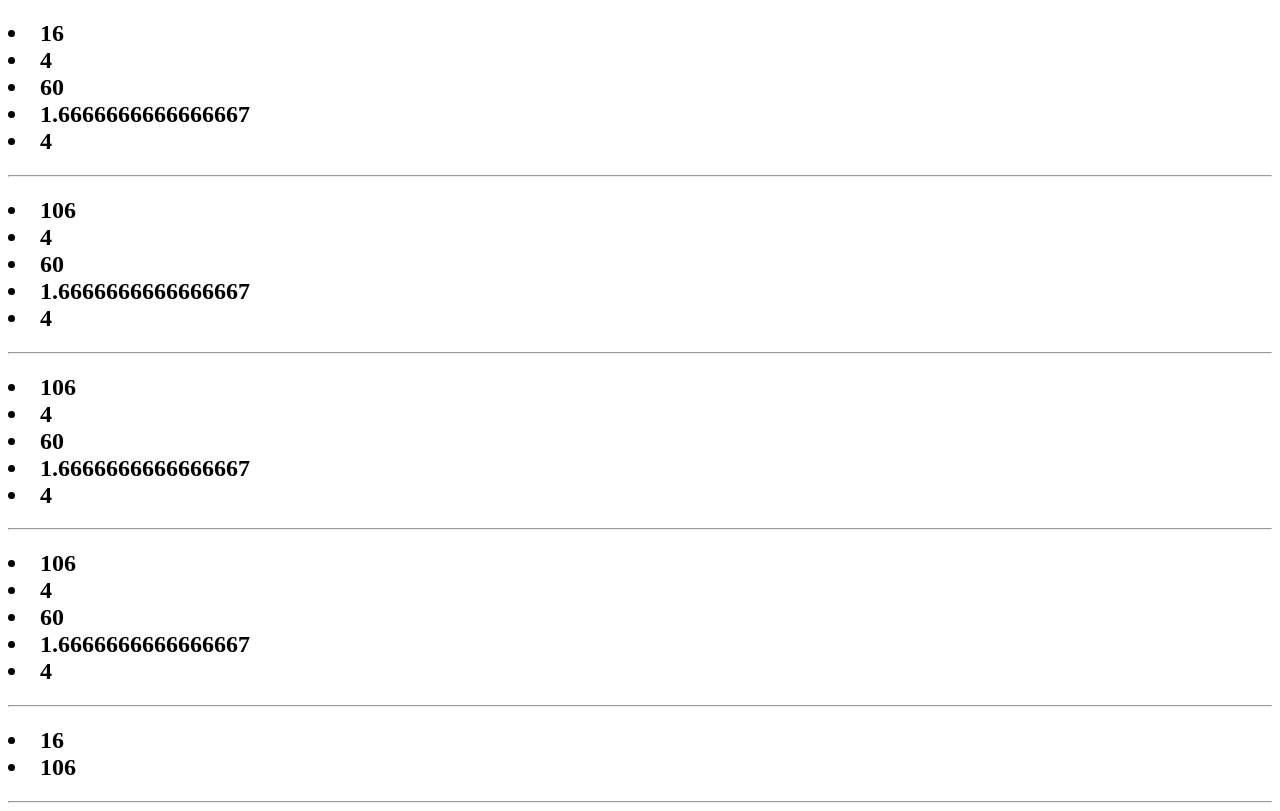
Repository: ady0099/webstudy
Page: 03_javascript/src/main/webapp/day03/ex01_number.html
An editor plug-in stored every save of this project. The page is shown before and after the next save, followed by the edit.
The browser window is 1280 px wide. The pictures show the whole page.

Above is the page before, as saved 2023-06-29 01:19:57.

After the next save:
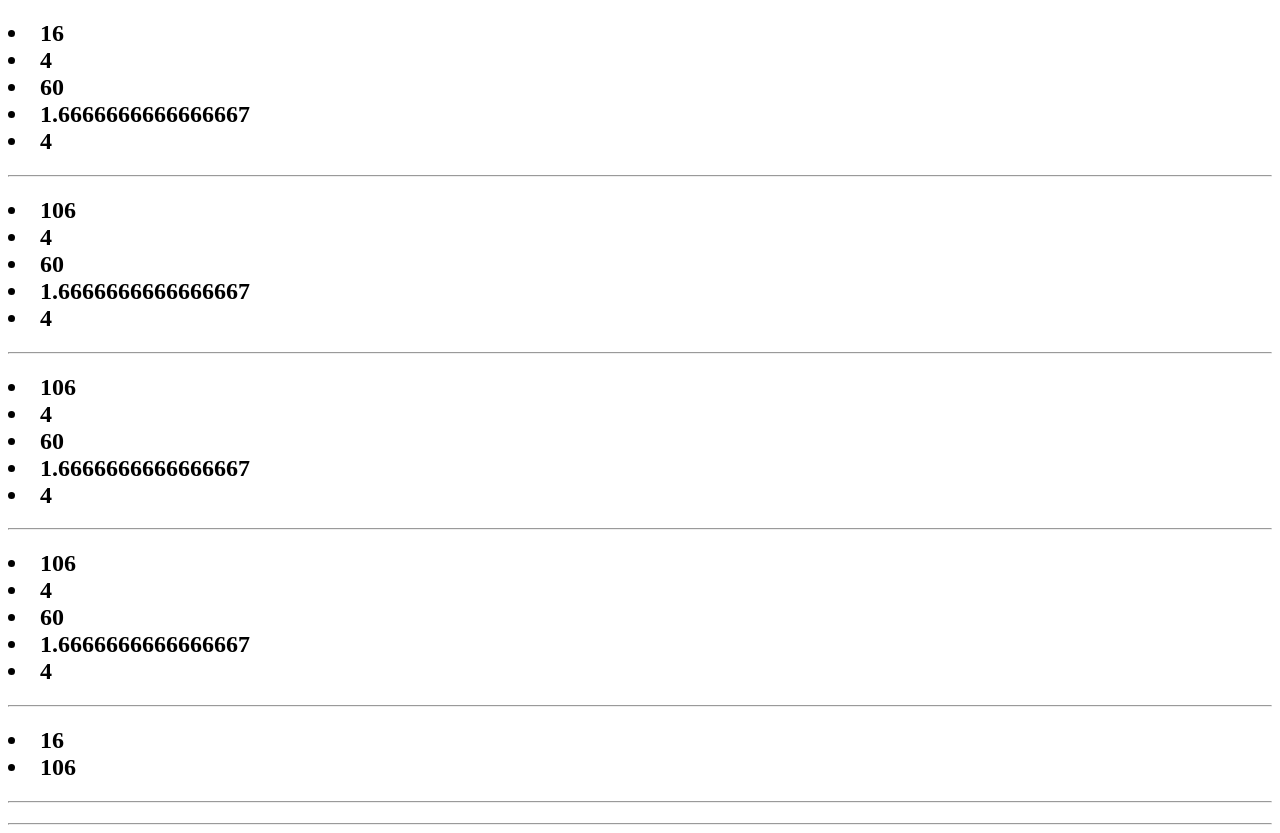
Saved 21 s later.
--- a/03_javascript/src/main/webapp/day03/ex01_number.html
+++ b/03_javascript/src/main/webapp/day03/ex01_number.html
@@ -55,10 +55,12 @@
 			document.write("<li>" +(s1+s2)+"</li>");
 			document.write("<li>" +(s1.toString()+s2)+"</li>");
 			document.write("</h2>");
+			document.write("<hr>");
 
 			// toFixed(자릿수) : 지정된 소숫점 이하 자릿수 작성(반올림), 음수는 사용 못함
 			document.write("<h2>");
-
+			s1 = 2147.656;
+			s2 = 2147.444
 			document.write("</h2>");
 
 			document.write("<hr>");
